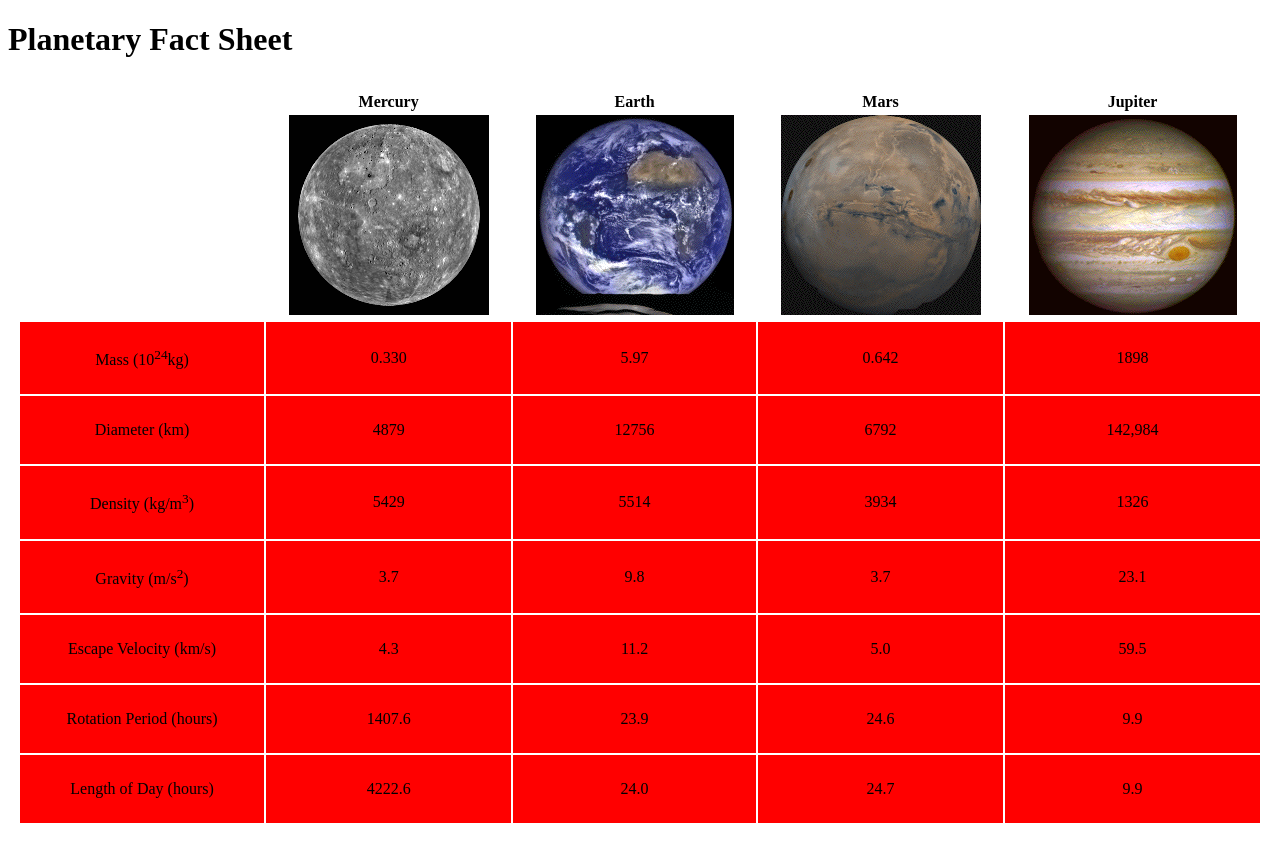
Repository: rishondass/ITMD361-Lab5
Page: index.html
An editor plug-in stored every save of this project. The page is shown before and after the next save, followed by the edit.
The browser window is 1280 px wide. The pictures show the whole page.

Above is the page before, as saved 2023-02-22 19:08:29.

After the next save:
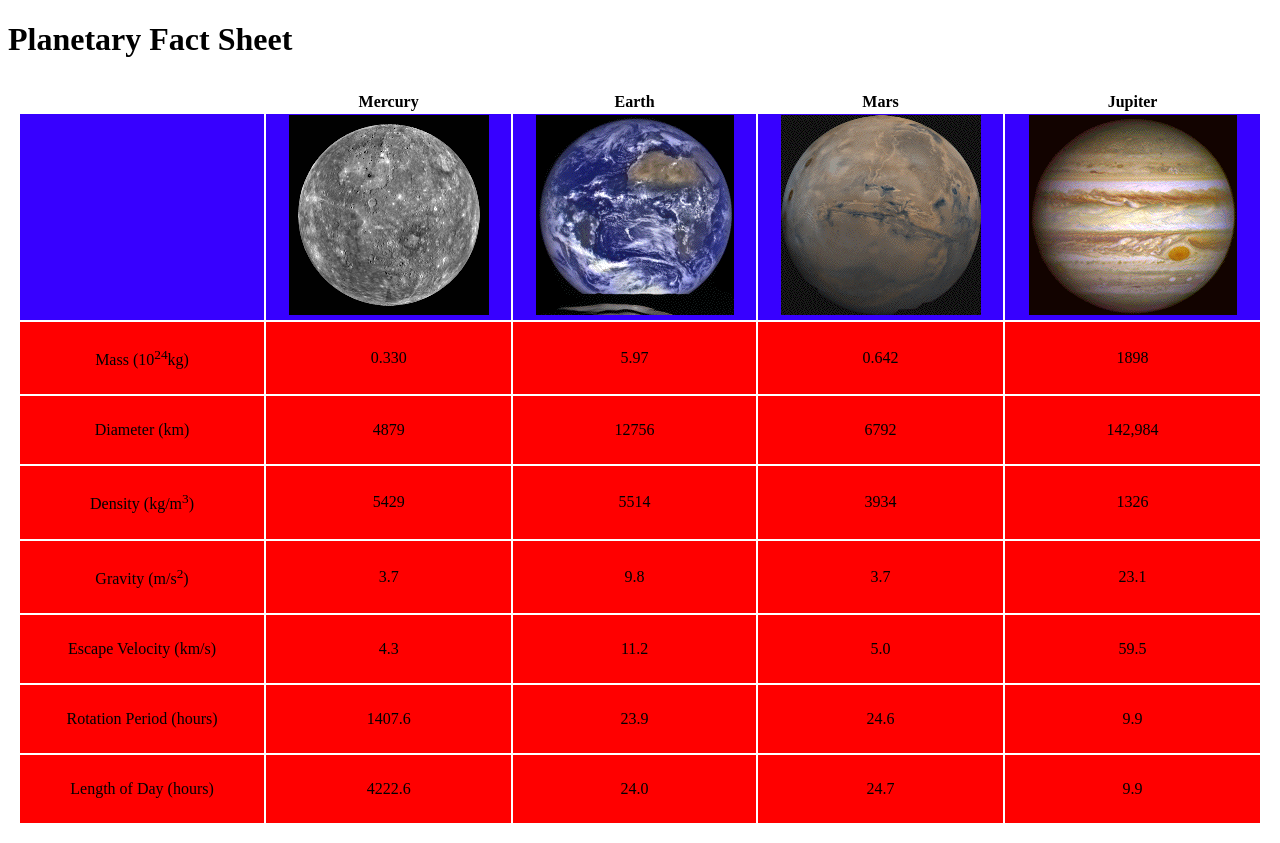
Saved 10 s later.
--- a/css/style.css
+++ b/css/style.css
@@ -12,6 +12,6 @@
   padding: 25px;
 }
 
-.data tr:nth-child(even){
+#planets tr:nth-child(even){
   background-color: rgb(55, 0, 255);
 }
